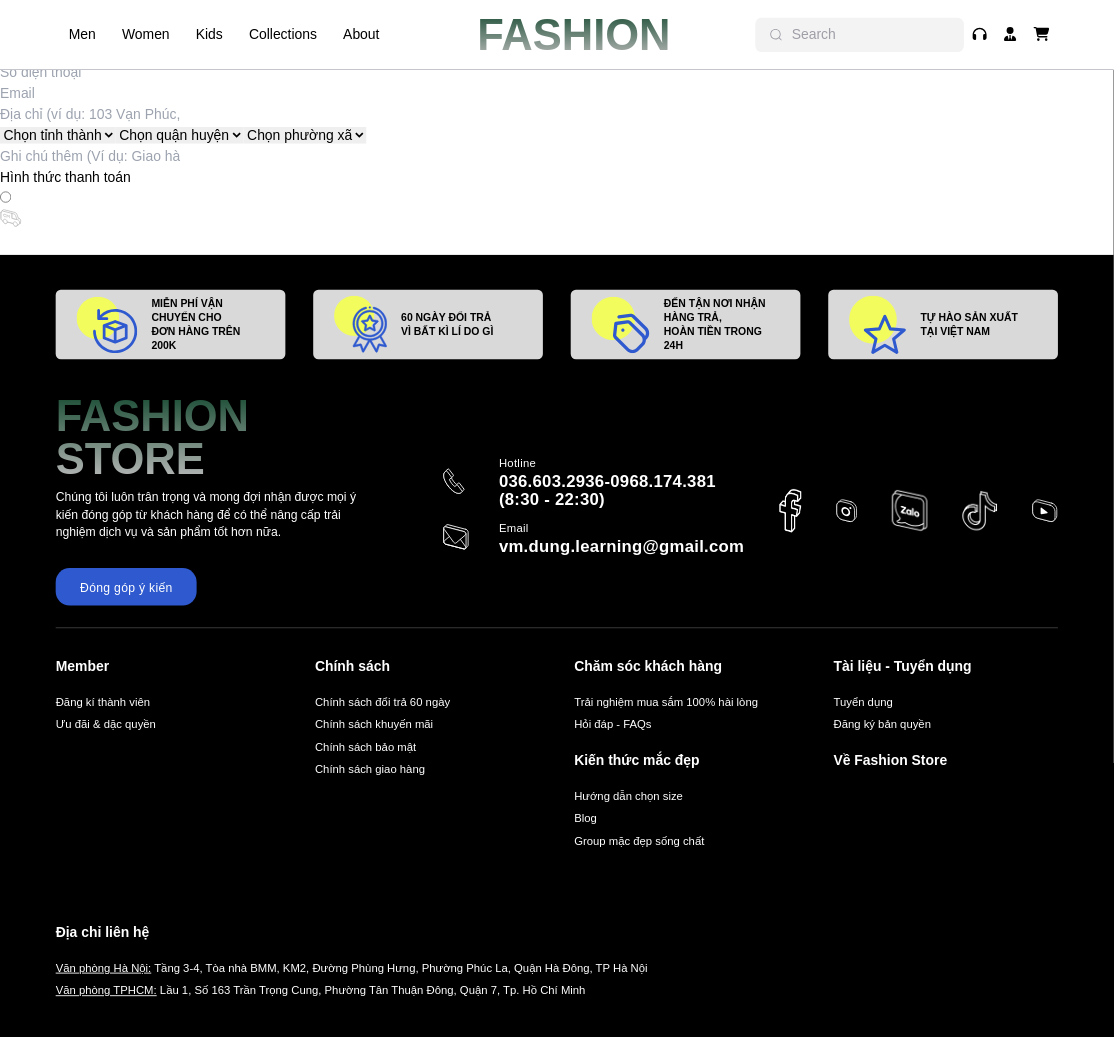
Repository: VuSnow/Software_Engineering
Page: /CartPayment
An editor plug-in stored every save of this project. The page is shown before and after the next save, followed by the edit.
The browser window is 1280 px wide. The pictures show the whole page, at 87% of full size.
The page's requests for data from a server got no answer. The project was rebuilt for these pictures with package versions that can differ from the ones it lists, and the page was loaded fresh each time. The framework's server and built-in components were replaced by stand-ins that run in the browser. No one was signed in, and anything a server would have sent is missing. Also part of the build but not shown: next.config.js, src/components/cart/CartItem/CartItem.tsx, src/components/cart/Cart.tsx, src/app/Login/page.tsx, src/app/register/page.tsx, src/app/forgorPassword/page.tsx.

Above is the page before, as saved 2023-06-27 13:35:46.

### src/app/layout.tsx
"use client";
import Header from "@/components/header/Header";
import "./globals.css";
import { Inter } from "next/font/google";
import Footer from "@/components/footer/Footer";

const inter = Inter({ subsets: ["latin"] });

export const metadata = {
  title: "Create Next App",
  description: "Generated by create next app",
};
export default function RootLayout({
  children,
}: {
  children: React.ReactNode;
}) {
  return (
    <html lang="en">
      <body>
        <Header />
        {children}
        <Footer />
      </body>
    </html>
  );
}

### src/app/CartPayment/page.tsx
"use client";
import React from "react";
import { useState, useEffect } from "react";
import axios from "axios";
import Image from "next/image";
import COD from "./COD.svg";

type City = {
  Id: string;
  Name: string;
  Districts: Districts[];
};
type Districts = {
  Id: string;
  Name: string;
  Wards: Wards[];
};

type Wards = {
  Id: string;
  Name: string;
  Level: string;
};

const CartPayment = () => {
  const [cities, setCities] = useState<City[]>([]);
  const [districts, setDistricts] = useState<Districts[]>([]);
  const [wards, setWards] = useState<Wards[]>([]);
  const [selectedCityId, setSelectedCityId] = useState<string>("");
  useEffect(() => {
    const fetchData = async () => {
      try {
        const response = await axios.get(
          "https://raw.githubusercontent.com/kenzouno1/DiaGioiHanhChinhVN/master/data.json"
        );
        setCities(response.data);
      } catch (error) {
        console.error("Error fetching data", error);
      }
    };
    fetchData();
  }, []);

  const handleCitiesChange = (e: React.ChangeEvent<HTMLSelectElement>) => {
    const selectedCityId = e.target.value;
    const selectedCity = cities.find((city) => city.Id === selectedCityId);
    const cityDistricts = selectedCity ? selectedCity.Districts : [];
    setDistricts(cityDistricts);
    setSelectedCityId(e.target.value);
    // console.log(e.target.value);
    setWards([]);
  };

  const handleDistrictChange = (e: React.ChangeEvent<HTMLSelectElement>) => {
    const selectedDistrictId = e.target.value;
    const selectedCity = cities.find((city) => city.Id === selectedCityId);
    const selectedDistrict = selectedCity
      ? selectedCity.Districts.find(
          (district) => district.Id === selectedDistrictId
        )
      : null;
    const districtWards = selectedDistrict ? selectedDistrict.Wards : [];
    setWards(districtWards);
  };
  return (
    <section className="cartPayment">
      <div className="cart-container">
        <div className="contain">
          <div className="cart-left-section">
            <div className="deli-information">
              <div className="cart-title">
                <div className="title">Thông tin vận chuyển</div>
                <div className="action">
                  Bạn đã có tài khoản? <a href="/">Đăng nhập ngay</a>
                </div>
              </div>
              <div className="customer-info">
                <div className="name">
                  <div className="name-input">
                    <input
                      type="text"
                      name="full_name"
                      placeholder="Họ và tên"
                      className="form-control"
                    />
                  </div>
                  <div className="number-input">
                    <input
                      type="tel"
                      name="phone"
                      placeholder="Số điện thoại"
                      className="form-control"
                    />
                  </div>
                </div>
                <div className="email">
                  <input
                    type="email"
                    name="email"
                    placeholder="Email"
                    className="form-control"
                  />
                </div>
                <div className="address">
                  <input
                    type="text"
                    name="address"
                    placeholder="Địa chỉ (ví dụ: 103 Vạn Phúc, phường Vạn Phúc)"
                    className="form-control"
                  />
                </div>
                <div className="select-city">
                  <select
                    name="city"
                    id="city"
                    className="form-select"
                    onChange={handleCitiesChange}
                  >
                    <option value="" selected>
                      Chọn tỉnh thành
                    </option>
                    {cities.map((city) => (
                      <option key={city.Id} value={city.Id}>
                        {city.Name}
                      </option>
                    ))}
                  </select>
                  <select
                    name="district"
                    id="district"
                    className="form-select"
                    onChange={handleDistrictChange}
                  >
                    <option value="" selected>
                      Chọn quận huyện
                    </option>
                    {districts.map((district) => (
                      <option key={district.Id} value={district.Id}>
                        {district.Name}
                      </option>
                    ))}
                  </select>
                  <select name="ward" id="ward" className="form-select">
                    <option value="" selected>
                      Chọn phường xã
                    </option>
                    {wards.map((ward) => (
                      <option key={ward.Id} value={ward.Id}>
                        {ward.Name}
                      </option>
                    ))}
                  </select>
                </div>
                <div className="note-deli">
                  <input
                    type="text"
                    name="note"
                    placeholder="Ghi chú thêm (Ví dụ: Giao hàng giờ hành chính)"
                  />
                </div>
              </div>
            </div>
            <div className="payment-method">
              <div className="title">Hình thức thanh toán</div>
              <div className="form-container">
                <form action="">
                  <label htmlFor="payment-COD">
                    <span>
                      <input
                        type="radio"
                        id="payment-COD"
                        name="payment-method"
                        autoComplete="off"
                        value="COD"
                      />
                    </span>
                    <span>
                      <Image src={COD} alt="COD method" />
                    </span>
                    <span></span>
                  </label>
                </form>
              </div>
            </div>
            <div className="payment-button"></div>
          </div>
          <div className="cart-right-section"></div>
        </div>
      </div>
    </section>
  );
};

export default CartPayment;

### src/components/header/Header.tsx
import React, { useState, useEffect, useContext } from "react";
import { FontAwesomeIcon } from "@fortawesome/react-fontawesome";
import {
  faBars,
  faHeadphones,
  faUserTie,
  faCartShopping,
  faXmark,
  faPlus,
  faMinus,
} from "@fortawesome/free-solid-svg-icons";
import Cart from "../cart/Cart";
import Login from "@/app/Login/page";
import Register from "@/app/register/page";
import ForgotPassword from "@/app/forgorPassword/page";
const Header = () => {
  const [showLoginModal, setShowLoginModal] = useState<Boolean>(false);
  const [showRegisterModal, setShowRegisterModal] = useState<Boolean>(false);
  const [showForgotPassword, setShowForgotPassword] = useState<Boolean>(false);
  const [classNav, setClassNav] = useState<String>(
    "opacity-0 invisible -left-full"
  );
  const [showCart, setShowCart] = useState(false);
  const showNav = () => {
    setClassNav("opacity-1 visible left-0");
  };
  const closeNav = () => {
    setClassNav("opacity-0 invisible -left-full");
  };
  return (
    <>
      {showLoginModal ? (
        <Login
          setShowLoginModal={setShowLoginModal}
          setShowRegisterModal={setShowRegisterModal}
          setShowForgotPassword={setShowForgotPassword}
        />
      ) : null}
      {showRegisterModal ? (
        <Register
          setShowRegisterModal={setShowRegisterModal}
          setShowLoginModal={setShowLoginModal}
        />
      ) : null}
      {showForgotPassword ? (
        <ForgotPassword setShowForgotPassword={setShowForgotPassword} />
      ) : null}
      <header className="text-black mb-4 fixed block top-0 left-0 right-0 bg-white w-full border-b border-gray-500 z-[99] px-[5%]">
        <div className="flex tablet: justify-between h-20 items-center mr-auto ml-auto max-w-full">
          <nav className="main-menu">
            <div className="mobile-menu cursor-pointer max-tablet:block hidden">
              <FontAwesomeIcon icon={faBars} size="2xl" onClick={showNav} />
            </div>
            <ul className="menu max-tablet:hidden flex">
              <li className="p-[15px] cursor-pointer">Men</li>
              <li className="p-[15px] cursor-pointer">Women</li>
              <li className="p-[15px] cursor-pointer">Kids</li>
              <li className="p-[15px] cursor-pointer">Collections</li>
              <li className="p-[15px] cursor-pointer">About</li>
            </ul>
            <div
              className={`sub-mobile-menu fixed top-0 right-0 bottom-[45px] bg-white z-[1000] pt-16 pr-4 pb-0 pl-4 ${classNav} overflow-y-auto`}
            >
              <div className="box-action bg-[#343a40] flex items-center justify-center rounded-tl-xl h-12 rounded-br-xl mb-[30px]">
                <a
                  href="#"
                  className="action-login text-white text-center text-[18px]"
                >
                  Đăng nhập
                </a>
              </div>
              <ul className="menu-mb">
                <li className="mb-[30px] pr-2 flex justify-between">
                  <a href="#">Men </a>
                  <span className="arrow">
                    <FontAwesomeIcon icon={faPlus} />
                    <FontAwesomeIcon icon={faMinus} className="hidden" />
                  </span>
                </li>
                <li className="mb-[30px] pr-2 flex justify-between">
                  <a href="#">Women </a>
                  <span className="arrow">
                    <FontAwesomeIcon icon={faPlus} />
                    <FontAwesomeIcon icon={faMinus} className="hidden" />
                  </span>
                </li>
                <li className="mb-[30px] pr-2 flex justify-between">
                  <a href="#">Kids </a>
                  <span className="arrow">
                    <FontAwesomeIcon icon={faPlus} />
                    <FontAwesomeIcon icon={faMinus} className="hidden" />
                  </span>
                </li>
                <li className="mb-[30px] pr-2 flex justify-between">
                  <a href="#">Collections </a>
                  <span className="arrow">
                    <FontAwesomeIcon icon={faPlus} />
                    <FontAwesomeIcon icon={faMinus} className="hidden" />
                  </span>
                </li>
                <li className="mb-[30px] pr-2 flex justify-between">
                  <a href="#">About </a>
                  <span className="arrow">
                    <FontAwesomeIcon icon={faPlus} />
                    <FontAwesomeIcon icon={faMinus} className="hidden" />
                  </span>
                </li>
              </ul>
              <div className="close-menu absolute top-[25px] left-[25px] text-[24px] text-black">
                <FontAwesomeIcon icon={faXmark} onClick={closeNav} />
              </div>
            </div>
          </nav>
          <div className="logo-brand">
            <a
              href="/"
              className="font-bold font-kumbhsan"
              style={{
                fontSize: "50px",
                background: "linear-gradient(to bottom, #194c33, #bbb)",
                WebkitBackgroundClip: "text",
                WebkitTextFillColor: "transparent",
                textTransform: "uppercase",
              }}
            >
              Fashion
            </a>
          </div>
          <div className="right-header flex">
            <form
              action="search"
              name="form-search"
              className="flex leading-7 items-center relative max-w-[240px] max-mobile:hidden"
            >
              <svg
                className="icon absolute left-4 fill-[#9e9ea7] w-4 h-4"
                aria-hidden="true"
                viewBox="0 0 24 24"
              >
                <g>
                  <path d="M21.53 20.47l-3.66-3.66C19.195 15.24 20 13.214 20 11c0-4.97-4.03-9-9-9s-9 4.03-9 9 4.03 9 9 9c2.215 0 4.24-.804 5.808-2.13l3.66 3.66c.147.146.34.22.53.22s.385-.073.53-.22c.295-.293.295-.767.002-1.06zM3.5 11c0-4.135 3.365-7.5 7.5-7.5s7.5 3.365 7.5 7.5-3.365 7.5-7.5 7.5-7.5-3.365-7.5-7.5z"></path>
                </g>
              </svg>
              <input
                type="text"
                placeholder="Search"
                className=" w-full h-[40px] leading-7 p-0 pl-10 pr-4 border-2 border-solid border-transparent rounded-lg outline-none bg-[#f3f3f4] text-[#0d0c22] transition-all placeholder:text-[#9e9ea7] focus:outline-none focus:border-[rgba(234,76,137,0.4)] focus:bg-white focus:shadow-md"
              />
            </form>
            <div className="header-action flex">
              <div className="item wallet m-[10px] max-mobile:hidden cursor-pointer">
                <FontAwesomeIcon icon={faHeadphones} />
              </div>
              <div
                className="item person m-[10px] cursor-pointer"
                onClick={() => setShowLoginModal(!showLoginModal)}
              >
                <FontAwesomeIcon icon={faUserTie} />
              </div>
              <div
                className="item cart m-[10px] cursor-pointer"
                onClick={() => setShowCart(true)}
              >
                <FontAwesomeIcon icon={faCartShopping} />
              </div>
            </div>
          </div>
        </div>
      </header>
      {showCart && <Cart setShowCart={setShowCart} />}
    </>
  );
};

export default Header;

### src/app/globals.css
@tailwind base;
@tailwind components;
@tailwind utilities;

:root {
  --foreground-rgb: 0, 0, 0;
  --background-start-rgb: 214, 219, 220;
  --background-end-rgb: 255, 255, 255;
}

@media (prefers-color-scheme: dark) {
  :root {
    --foreground-rgb: 255, 255, 255;
    --background-start-rgb: 0, 0, 0;
    --background-end-rgb: 0, 0, 0;
  }
}
body {
  display: flex;
  flex-direction: column;
  justify-content: space-between;
  font-family: "Kumbh Sans", sans-serif;
}

Loaded but not shown: tailwind.config.js (39 lines, source omitted); src/components/HomepageService/HomepageService.tsx (143 lines, source omitted); src/components/footer/Footer.tsx (211 lines, source omitted)

After the next save:
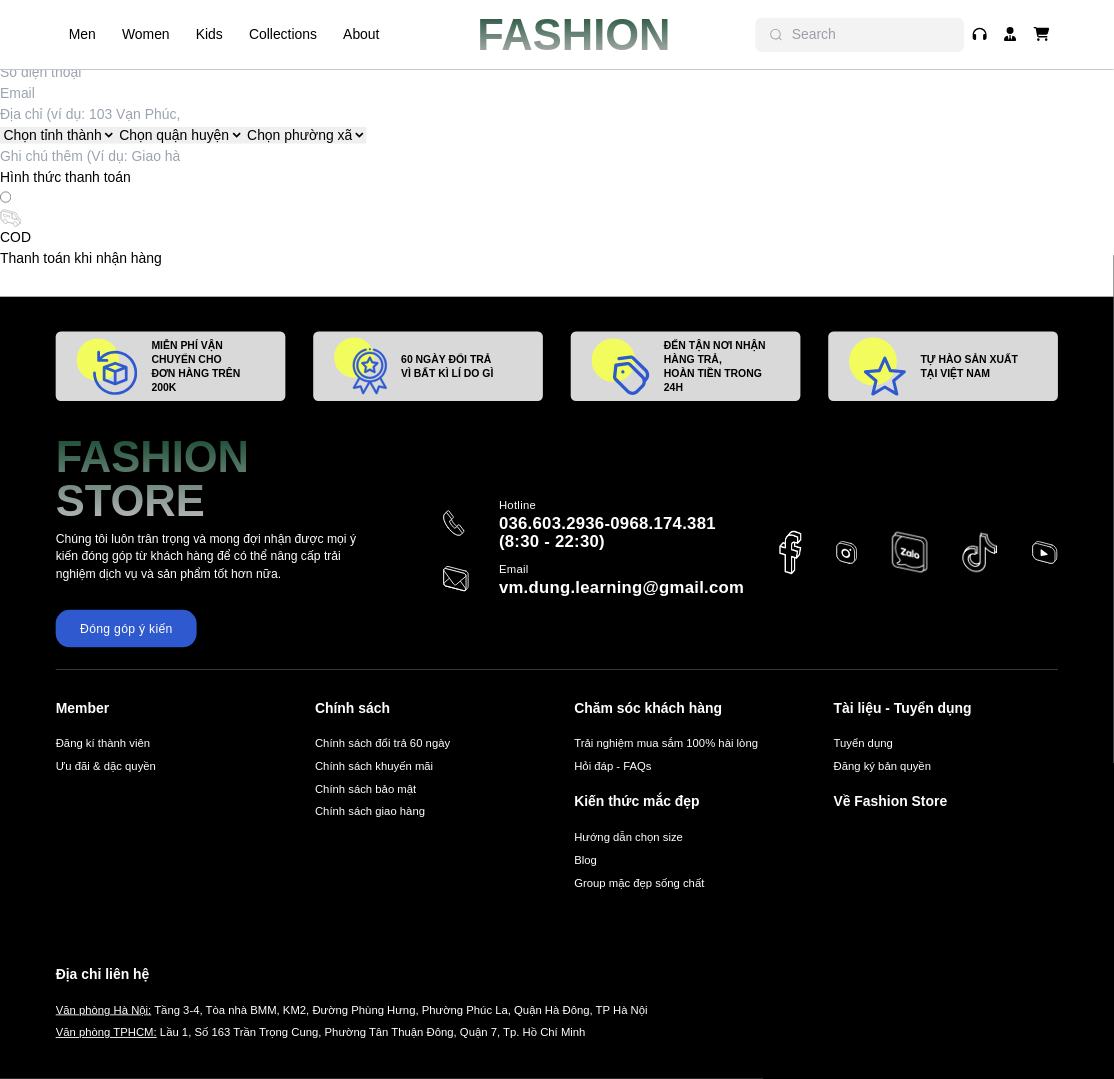
Saved 48 s later.
--- a/src/app/CartPayment/page.tsx
+++ b/src/app/CartPayment/page.tsx
@@ -177,7 +177,11 @@
                     <span>
                       <Image src={COD} alt="COD method" />
                     </span>
-                    <span></span>
+                    <span>
+                      COD
+                      <br />
+                      Thanh toán khi nhận hàng
+                    </span>
                   </label>
                 </form>
               </div>
